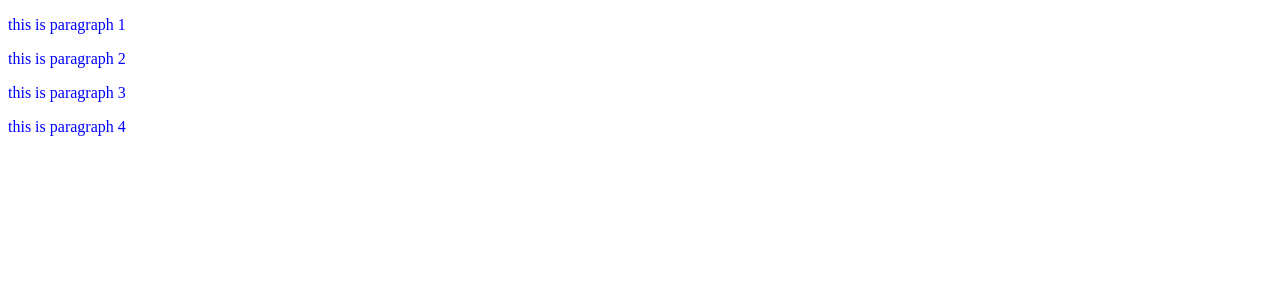
Repository: viveknaidu007/repo-113-HTML
Page: 8.html
The author's editor kept a copy of each file at every save. The page is drawn from the files as they stood at one save, then again after the next save.
The browser window is 1280 px wide. The pictures show the whole page.

Above is the page before, as saved 2024-06-13 00:05:52.

### 8.html
<!DOCTYPE html>
<html>
    <head>
        <title> image tag demo </title>
    </head>

    <body>
        <div style="color:blue">
            <p> this is paragraph 1</p>
            <p> this is paragraph 2</p>
            <p> this is paragraph 3</p>
            <p> this is paragraph 4</p>

        </div>
    </body>

</html>

After the next save:
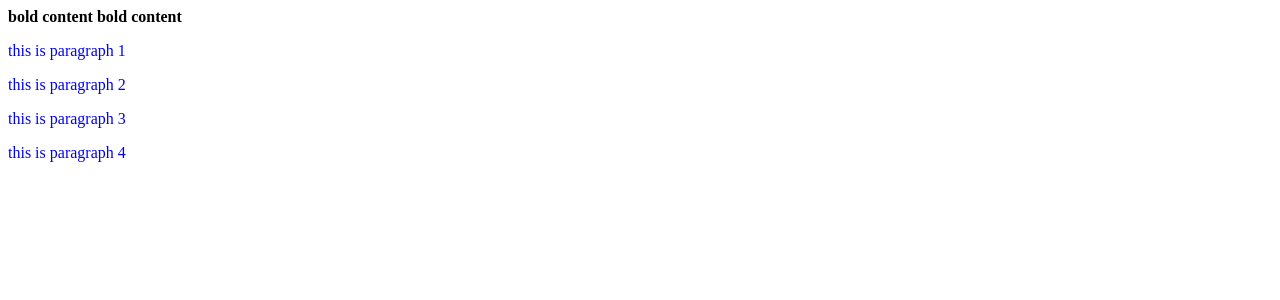
Saved 3 min 12 s later.
--- a/8.html
+++ b/8.html
@@ -4,13 +4,14 @@
         <title> image tag demo </title>
     </head>
 
+
     <body>
+        <b> bold content</b> <b> bold content</b>
         <div style="color:blue">
             <p> this is paragraph 1</p>
             <p> this is paragraph 2</p>
             <p> this is paragraph 3</p>
             <p> this is paragraph 4</p>
-
         </div>
     </body>
 
